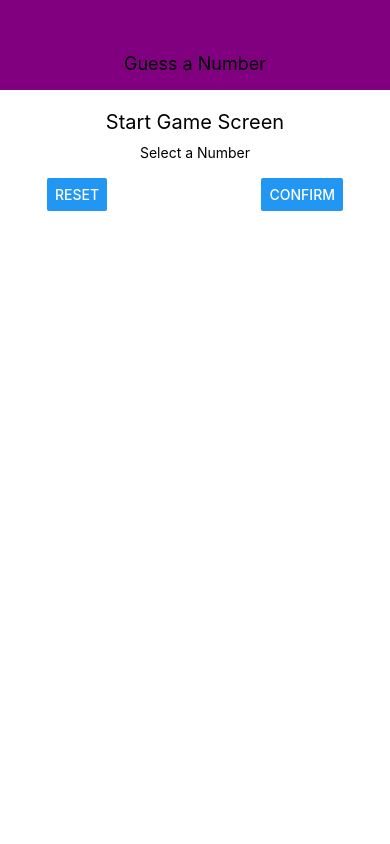
Repository: oguzhan18m/react-native-guess-number-game
Screen: /
These files come from the project's save history. The screen is drawn as it stood at one moment and after the next save; the edit follows.
The app was drawn by React Native's web renderer in a window 390 px wide. The project was rebuilt for these pictures with package versions that can differ from the ones it lists, and the page was loaded fresh each time.

Above is the screen before, as saved 2021-03-03 22:00:56.

After the next save:
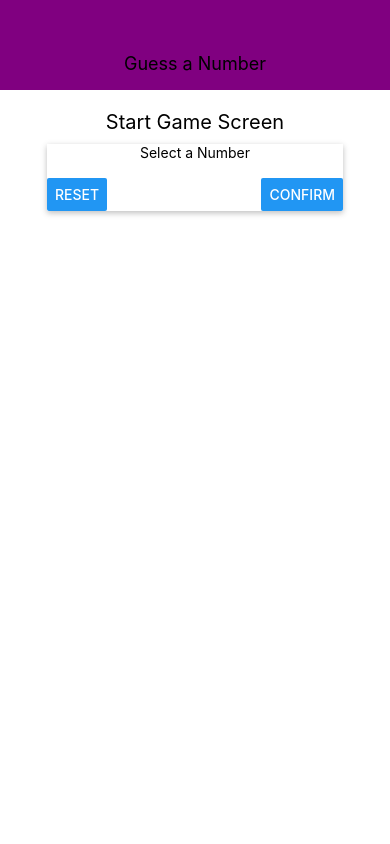
Saved 2 min 44 s later.
--- a/screens/StartGameScreen.js
+++ b/screens/StartGameScreen.js
@@ -40,6 +40,11 @@ const styles = StyleSheet.create({
         width:300,
         maxWidth:'80%',
         alignItems:'center',
+        shadowColor:'black',
+        shadowOffset:{width:0, height:2},
+        shadowRadius:6,
+        shadowOpacity:0.26,
+        backgroundColor:'white',
     }
 });
 
